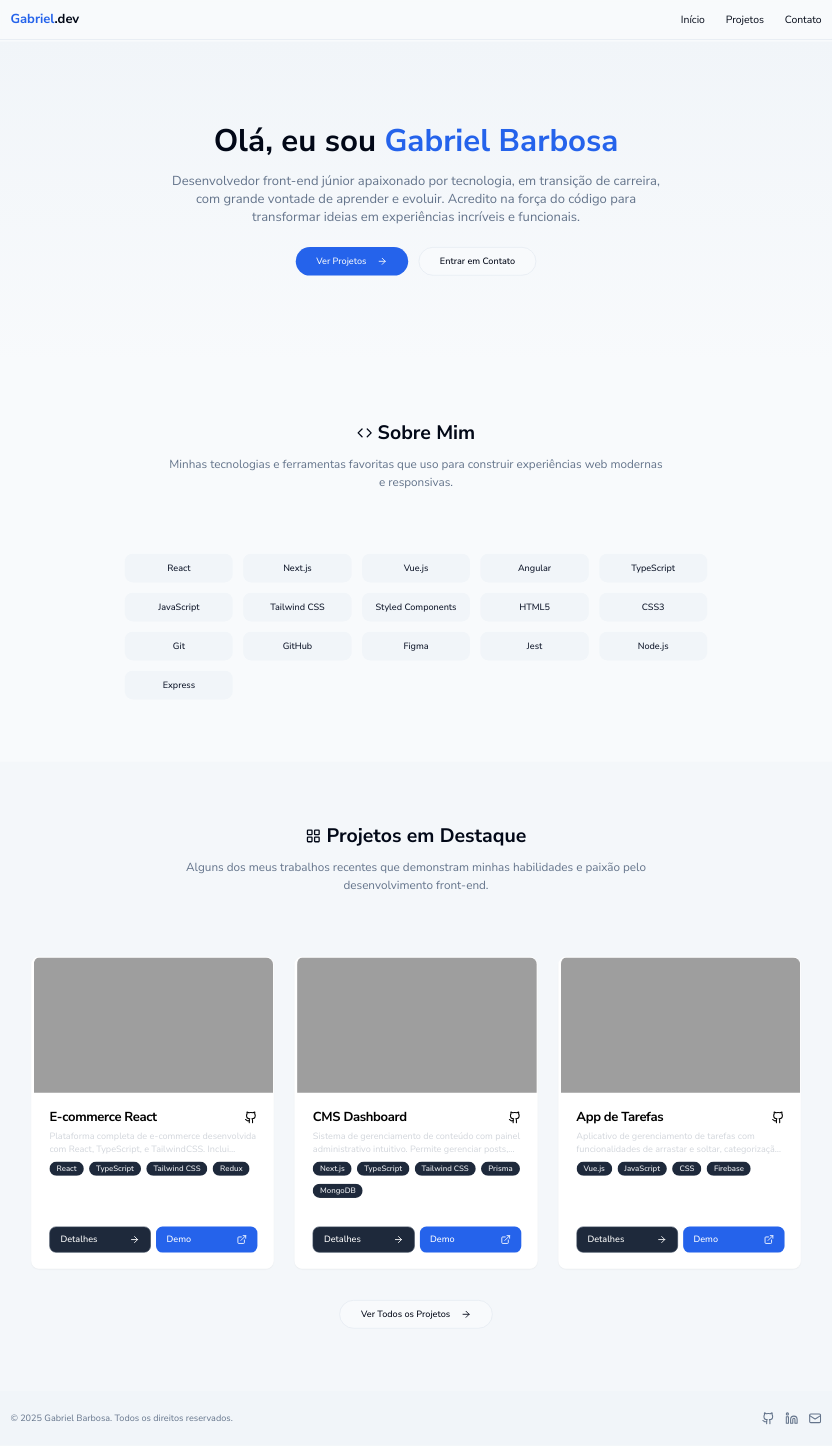
Repository: Biel-barbosa/portfolio-gabriel
Page: /
The author's editor kept a copy of each file at every save. The page is drawn from the files as they stood at one save, then again after the next save.
The browser window is 1280 px wide. The pictures show the whole page, at 65% of full size.
Pictures or frames that could not be fetched are drawn as grey boxes. The project was rebuilt for these pictures with package versions that can differ from the ones it lists, and the page was loaded fresh each time. Also part of the build but not shown: vite.config.ts, src/components/ui/tooltip.tsx, src/components/ui/tabs.tsx, src/pages/Projects.tsx, src/pages/ProjectDetail.tsx, src/pages/Contact.tsx, src/pages/NotFound.tsx.

Above is the page before, as saved 2025-05-20 16:48:55.

### index.html

<!DOCTYPE html>
<html lang="pt-BR">
  <head>
    <meta charset="UTF-8" />
    <meta name="viewport" content="width=device-width, initial-scale=1.0" />
    <title>Gabriel Barbosa | Desenvolvedor Front-end</title>
    <meta name="description" content="Portfólio de Gabriel Barbosa - Desenvolvedor Front-end Júnior" />
    <meta name="author" content="Gabriel Barbosa" />

    <meta property="og:title" content="Gabriel Barbosa | Desenvolvedor Front-end" />
    <meta property="og:description" content="Portfólio de Gabriel Barbosa - Desenvolvedor Front-end Júnior" />
    <meta property="og:type" content="website" />
    <link rel="icon" type="image/svg+xml" href="/favicon.svg" />
  </head>

  <body>
    <div id="root"></div>
    <!-- IMPORTANT: DO NOT REMOVE THIS SCRIPT TAG OR THIS VERY COMMENT! -->
    <script src="https://cdn.gpteng.co/gptengineer.js" type="module"></script>
    <script type="module" src="/src/main.tsx"></script>
  </body>
</html>

### src/App.tsx

import { Toaster } from "@/components/ui/toaster";
import { Toaster as Sonner } from "@/components/ui/sonner";
import { TooltipProvider } from "@/components/ui/tooltip";
import { QueryClient, QueryClientProvider } from "@tanstack/react-query";
import { BrowserRouter, Routes, Route } from "react-router-dom";
import Index from "./pages/Index";
import Projects from "./pages/Projects";
import ProjectDetail from "./pages/ProjectDetail";
import Contact from "./pages/Contact";
import NotFound from "./pages/NotFound";

const queryClient = new QueryClient();

const App = () => (
  <QueryClientProvider client={queryClient}>
    <TooltipProvider>
      <Toaster />
      <Sonner />
      <BrowserRouter>
        <Routes>
          <Route path="/" element={<Index />} />
          <Route path="/projetos" element={<Projects />} />
          <Route path="/projetos/:id" element={<ProjectDetail />} />
          <Route path="/contato" element={<Contact />} />
          <Route path="*" element={<NotFound />} />
        </Routes>
      </BrowserRouter>
    </TooltipProvider>
  </QueryClientProvider>
);

export default App;

### src/index.css

@import url('https://fonts.googleapis.com/css2?family=Nunito+Sans:opsz,wght@6..12,300;6..12,400;6..12,500;6..12,600;6..12,700&display=swap');

@tailwind base;
@tailwind components;
@tailwind utilities;

@layer base {
  :root {
    --background: 210 40% 98%;
    --foreground: 222.2 84% 4.9%;

    --card: 0 0% 100%;
    --card-foreground: 222.2 84% 4.9%;

    --popover: 0 0% 100%;
    --popover-foreground: 222.2 84% 4.9%;

    --primary: 221.2 83% 53.3%;
    --primary-foreground: 210 40% 98%;

    --secondary: 210 40% 96.1%;
    --secondary-foreground: 222.2 47.4% 11.2%;

    --muted: 210 40% 96.1%;
    --muted-foreground: 215.4 16.3% 46.9%;

    --accent: 221.2 83% 53.3%;
    --accent-foreground: 222.2 47.4% 11.2%;

    --destructive: 0 84.2% 60.2%;
    --destructive-foreground: 210 40% 98%;

    --border: 214.3 31.8% 91.4%;
    --input: 214.3 31.8% 91.4%;
    --ring: 221.2 83% 53.3%;

    --radius: 0.75rem;
  }

  * {
    @apply border-border;
  }

  body {
    @apply bg-background text-foreground;
    font-feature-settings: "rlig" 1, "calt" 1;
    font-family: 'Nunito Sans', sans-serif;
  }

  .tech-tag {
    @apply bg-secondary text-secondary-foreground rounded-full px-3 py-1 text-sm font-medium transition-colors;
  }

  .card-hover {
    @apply transition-all hover:shadow-lg hover:-translate-y-1;
  }

  .button-primary {
    @apply bg-primary text-primary-foreground hover:bg-primary/90 rounded-full px-6 py-2 font-medium transition-colors;
  }

  .button-secondary {
    @apply bg-secondary text-secondary-foreground hover:bg-secondary/80 rounded-full px-6 py-2 font-medium transition-colors border border-secondary;
  }
}

### src/components/ui/toaster.tsx

"use client"

import {
  Toast,
  ToastClose,
  ToastDescription,
  ToastProvider,
  ToastTitle,
  ToastViewport,
} from "@/components/ui/toast"
import { useToast } from "@/components/ui/use-toast"

export function Toaster() {
  const { toasts } = useToast()

  return (
    <ToastProvider>
      {toasts.map(function ({ id, title, description, action, ...props }) {
        return (
          <Toast key={id} {...props}>
            <div className="grid gap-1">
              {title && <ToastTitle>{title}</ToastTitle>}
              {description && (
                <ToastDescription>{description}</ToastDescription>
              )}
            </div>
            {action}
            <ToastClose />
          </Toast>
        )
      })}
      <ToastViewport />
    </ToastProvider>
  )
}

### src/components/ui/sonner.tsx
import { useTheme } from "next-themes"
import { Toaster as Sonner, toast } from "sonner"

type ToasterProps = React.ComponentProps<typeof Sonner>

const Toaster = ({ ...props }: ToasterProps) => {
  const { theme = "system" } = useTheme()

  return (
    <Sonner
      theme={theme as ToasterProps["theme"]}
      className="toaster group"
      toastOptions={{
        classNames: {
          toast:
            "group toast group-[.toaster]:bg-background group-[.toaster]:text-foreground group-[.toaster]:border-border group-[.toaster]:shadow-lg",
          description: "group-[.toast]:text-muted-foreground",
          actionButton:
            "group-[.toast]:bg-primary group-[.toast]:text-primary-foreground",
          cancelButton:
            "group-[.toast]:bg-muted group-[.toast]:text-muted-foreground",
        },
      }}
      {...props}
    />
  )
}

export { Toaster, toast }

### src/components/ui/button.tsx
import * as React from "react"
import { Slot } from "@radix-ui/react-slot"
import { cva, type VariantProps } from "class-variance-authority"

import { cn } from "@/lib/utils"

const buttonVariants = cva(
  "inline-flex items-center justify-center gap-2 whitespace-nowrap rounded-md text-sm font-medium ring-offset-background transition-colors focus-visible:outline-none focus-visible:ring-2 focus-visible:ring-ring focus-visible:ring-offset-2 disabled:pointer-events-none disabled:opacity-50 [&_svg]:pointer-events-none [&_svg]:size-4 [&_svg]:shrink-0",
  {
    variants: {
      variant: {
        default: "bg-primary text-primary-foreground hover:bg-primary/90",
        destructive:
          "bg-destructive text-destructive-foreground hover:bg-destructive/90",
        outline:
          "border border-input bg-background hover:bg-accent hover:text-accent-foreground",
        secondary:
          "bg-secondary text-secondary-foreground hover:bg-secondary/80",
        ghost: "hover:bg-accent hover:text-accent-foreground",
        link: "text-primary underline-offset-4 hover:underline",
      },
      size: {
        default: "h-10 px-4 py-2",
        sm: "h-9 rounded-md px-3",
        lg: "h-11 rounded-md px-8",
        icon: "h-10 w-10",
      },
    },
    defaultVariants: {
      variant: "default",
      size: "default",
    },
  }
)

export interface ButtonProps
  extends React.ButtonHTMLAttributes<HTMLButtonElement>,
    VariantProps<typeof buttonVariants> {
  asChild?: boolean
}

const Button = React.forwardRef<HTMLButtonElement, ButtonProps>(
  ({ className, variant, size, asChild = false, ...props }, ref) => {
    const Comp = asChild ? Slot : "button"
    return (
      <Comp
        className={cn(buttonVariants({ variant, size, className }))}
        ref={ref}
        {...props}
      />
    )
  }
)
Button.displayName = "Button"

export { Button, buttonVariants }

### src/components/ProjectCard.tsx

import React from 'react';
import { Link } from 'react-router-dom';
import { Project } from '../types';
import { ArrowRight, Github, Globe, Code, ExternalLink } from 'lucide-react';
import { Button } from '@/components/ui/button';
import { Card, CardContent, CardDescription, CardFooter, CardHeader, CardTitle } from '@/components/ui/card';
import { Badge } from '@/components/ui/badge';

interface ProjectCardProps {
  project: Project;
  featured?: boolean;
}

const ProjectCard: React.FC<ProjectCardProps> = ({ project, featured = false }) => {
  // Fallback images for projects without specific images
  const fallbackImages = [
    'https://images.unsplash.com/photo-1488590528505-98d2b5aba04b',
    'https://images.unsplash.com/photo-1518770660439-4636190af475',
    'https://images.unsplash.com/photo-1461749280684-dccba630e2f6',
    'https://images.unsplash.com/photo-1531297484001-80022131f5a1',
    'https://images.unsplash.com/photo-1487058792275-0ad4aaf24ca7'
  ];

  // Select a fallback image based on project ID (for consistency)
  const imageIndex = parseInt(project.id.replace(/\D/g, '0'), 10) % fallbackImages.length;
  const projectImage = project.imageUrl || fallbackImages[imageIndex];

  return (
    <Card className={`overflow-hidden flex flex-col bg-white border-white text-black hover:border-primary transition-all duration-300 border-l-4 border-l-[##4f4f4f]`}>
      <div className="h-52 overflow-hidden">
        <img
          src={projectImage}
          alt={project.name}
          className="w-full h-full object-cover transition-transform hover:scale-105"
        />
      </div>

      <CardHeader className="pb-2">
        <div className="flex items-center justify-between">
          <CardTitle className="text-xl font-bold">{project.name}</CardTitle>
          <div className="flex items-center gap-2">
            {project.githubUrl && <Github className="h-5 w-5" />}
            {project.source === 'vercel' && <Globe className="h-5 w-5 text-blue-400" />}
          </div>
        </div>
        <CardDescription className="line-clamp-2 text-gray-300">{project.description}</CardDescription>
      </CardHeader>

      <CardContent className="flex-grow">
        <div className="flex flex-wrap gap-2 mb-4">
          {project.technologies && project.technologies.map((tech, index) => (
            <Badge key={index} variant="secondary" className="bg-slate-800 hover:bg-slate-700 text-gray-200 mb-1">
              {tech}
            </Badge>
          ))}
        </div>

        {project.deployedAt && (
          <p className="text-xs text-gray-400 mb-2">
            Atualizado em {new Date(project.deployedAt).toLocaleDateString('pt-BR')}
          </p>
        )}
      </CardContent>

      <CardFooter className="flex gap-2 pt-0">
        <Button
          variant="outline"
          className="w-1/2 justify-between group border-slate-700 bg-slate-800 hover:bg-slate-700 text-white"
          asChild
        >
          <Link to={`/projetos/${project.id}`}>
            Detalhes
            <ArrowRight className="h-4 w-4 transition-transform group-hover:translate-x-1" />
          </Link>
        </Button>

        {project.deployUrl && (
          <Button
            variant="secondary"
            className="w-1/2 justify-between group bg-primary hover:bg-primary/80 text-white"
            asChild
          >
            <a href={project.deployUrl} target="_blank" rel="noopener noreferrer">
              Demo
              <ExternalLink className="h-4 w-4 ml-1" />
            </a>
          </Button>
        )}
      </CardFooter>
    </Card>
  );
};

export default ProjectCard;

### src/components/Header.tsx

import React, { useState } from 'react';
import { Link } from 'react-router-dom';
import { Menu, X } from 'lucide-react';
import { Button } from '@/components/ui/button';
import { cn } from '@/lib/utils';

const Header = () => {
  const [isMenuOpen, setIsMenuOpen] = useState(false);

  return (
    <header className="fixed w-full bg-background/80 backdrop-blur-sm z-50 border-b">
      <div className="container mx-auto px-4 py-4 flex items-center justify-between">
        <Link to="/" className="text-xl font-bold text-primary">
          Gabriel<span className="text-foreground">.dev</span>
        </Link>

        {/* Desktop Navigation */}
        <nav className="hidden md:flex items-center space-x-8">
          <Link to="/" className="text-foreground hover:text-primary transition-colors">
            Início
          </Link>
          <Link to="/projetos" className="text-foreground hover:text-primary transition-colors">
            Projetos
          </Link>
          <Link to="/contato" className="text-foreground hover:text-primary transition-colors">
            Contato
          </Link>
        </nav>

        {/* Mobile Menu Button */}
        <Button
          variant="ghost"
          size="icon"
          className="md:hidden"
          onClick={() => setIsMenuOpen(!isMenuOpen)}
        >
          {isMenuOpen ? <X className="h-6 w-6" /> : <Menu className="h-6 w-6" />}
        </Button>
      </div>

      {/* Mobile Navigation */}
      <div
        className={cn(
          "fixed inset-0 top-[60px] bg-slate-900/95 backdrop-blur-md z-40 flex flex-col items-center pt-8 md:hidden",
          isMenuOpen ? "animate-fade-in" : "hidden"
        )}
      >
        <nav className="flex flex-col items-center space-y-6 text-lg">
          <Link
            to="/"
            className="text-white hover:text-primary transition-colors"
            onClick={() => setIsMenuOpen(false)}
          >
            Início
          </Link>
          <Link
            to="/projetos"
            className="text-white hover:text-primary transition-colors"
            onClick={() => setIsMenuOpen(false)}
          >
            Projetos
          </Link>
          <Link
            to="/contato"
            className="text-white hover:text-primary transition-colors"
            onClick={() => setIsMenuOpen(false)}
          >
            Contato
          </Link>
        </nav>
      </div>
    </header>
  );
};

export default Header;

### src/components/Footer.tsx

import React from 'react';
import { Github, Linkedin, Mail } from 'lucide-react';

const Footer = () => {
  return (
    <footer className="bg-secondary py-8">
      <div className="container mx-auto px-4">
        <div className="flex flex-col md:flex-row justify-between items-center">
          <div className="mb-4 md:mb-0">
            <p className="text-sm text-muted-foreground">
              © {new Date().getFullYear()} Gabriel Barbosa. Todos os direitos reservados.
            </p>
          </div>

          <div className="flex space-x-4">
            <a
              href="https://github.com/Biel-barbosa"
              target="_blank"
              rel="noopener noreferrer"
              className="text-muted-foreground hover:text-primary transition-colors"
              aria-label="GitHub"
            >
              <Github className="h-5 w-5" />
            </a>
            <a
              href="https://www.linkedin.com/in/gabriel-a-barbosa/"
              target="_blank"
              rel="noopener noreferrer"
              className="text-muted-foreground hover:text-primary transition-colors"
              aria-label="LinkedIn"
            >
              <Linkedin className="h-5 w-5" />
            </a>
            <a
              href="mailto:gabriellbarbosaads@gmail.com"
              className="text-muted-foreground hover:text-primary transition-colors"
              aria-label="Email"
            >
              <Mail className="h-5 w-5" />
            </a>
          </div>
        </div>
      </div>
    </footer>
  );
};

export default Footer;

### src/api/vercel-projects.ts

// Handler para buscar projetos da Vercel

export async function fetchVercelProjects() {
  try {
    const VERCEL_TOKEN = 'jzprp7RQAOHCJR7IR6Gez3uf'; // Normalmente seria process.env.VERCEL_TOKEN

    const response = await fetch('https://api.vercel.com/v6/projects', {
      headers: {
        'Authorization': `Bearer ${VERCEL_TOKEN}`,
        'Content-Type': 'application/json',
      }
    });

    if (!response.ok) {
      throw new Error(`Erro ao buscar projetos da Vercel: ${response.status}`);
    }

    const data = await response.json();
    return data.projects || [];
  } catch (error) {
    console.error('Erro na API:', error);
    throw new Error('Failed to fetch Vercel projects');
  }
}

### src/components/ui/card.tsx
import * as React from "react"

import { cn } from "@/lib/utils"

const Card = React.forwardRef<
  HTMLDivElement,
  React.HTMLAttributes<HTMLDivElement>
>(({ className, ...props }, ref) => (
  <div
    ref={ref}
    className={cn(
      "rounded-lg border bg-card text-card-foreground shadow-sm",
      className
    )}
    {...props}
  />
))
Card.displayName = "Card"

const CardHeader = React.forwardRef<
  HTMLDivElement,
  React.HTMLAttributes<HTMLDivElement>
>(({ className, ...props }, ref) => (
  <div
    ref={ref}
    className={cn("flex flex-col space-y-1.5 p-6", className)}
    {...props}
  />
))
CardHeader.displayName = "CardHeader"

const CardTitle = React.forwardRef<
  HTMLParagraphElement,
  React.HTMLAttributes<HTMLHeadingElement>
>(({ className, ...props }, ref) => (
  <h3
    ref={ref}
    className={cn(
      "text-2xl font-semibold leading-none tracking-tight",
      className
    )}
    {...props}
  />
))
CardTitle.displayName = "CardTitle"

const CardDescription = React.forwardRef<
  HTMLParagraphElement,
  React.HTMLAttributes<HTMLParagraphElement>
>(({ className, ...props }, ref) => (
  <p
    ref={ref}
    className={cn("text-sm text-muted-foreground", className)}
    {...props}
  />
))
CardDescription.displayName = "CardDescription"

const CardContent = React.forwardRef<
  HTMLDivElement,
  React.HTMLAttributes<HTMLDivElement>
>(({ className, ...props }, ref) => (
  <div ref={ref} className={cn("p-6 pt-0", className)} {...props} />
))
CardContent.displayName = "CardContent"

const CardFooter = React.forwardRef<
  HTMLDivElement,
  React.HTMLAttributes<HTMLDivElement>
>(({ className, ...props }, ref) => (
  <div
    ref={ref}
    className={cn("flex items-center p-6 pt-0", className)}
    {...props}
  />
))
CardFooter.displayName = "CardFooter"

export { Card, CardHeader, CardFooter, CardTitle, CardDescription, CardContent }

### src/components/ui/badge.tsx
import * as React from "react"
import { cva, type VariantProps } from "class-variance-authority"

import { cn } from "@/lib/utils"

const badgeVariants = cva(
  "inline-flex items-center rounded-full border px-2.5 py-0.5 text-xs font-semibold transition-colors focus:outline-none focus:ring-2 focus:ring-ring focus:ring-offset-2",
  {
    variants: {
      variant: {
        default:
          "border-transparent bg-primary text-primary-foreground hover:bg-primary/80",
        secondary:
          "border-transparent bg-secondary text-secondary-foreground hover:bg-secondary/80",
        destructive:
          "border-transparent bg-destructive text-destructive-foreground hover:bg-destructive/80",
        outline: "text-foreground",
      },
    },
    defaultVariants: {
      variant: "default",
    },
  }
)

export interface BadgeProps
  extends React.HTMLAttributes<HTMLDivElement>,
    VariantProps<typeof badgeVariants> {}

function Badge({ className, variant, ...props }: BadgeProps) {
  return (
    <div className={cn(badgeVariants({ variant }), className)} {...props} />
  )
}

export { Badge, badgeVariants }

### tailwind.config.ts

import type { Config } from "tailwindcss";

export default {
	darkMode: ["class"],
	content: [
		"./pages/**/*.{ts,tsx}",
		"./components/**/*.{ts,tsx}",
		"./app/**/*.{ts,tsx}",
		"./src/**/*.{ts,tsx}",
	],
	prefix: "",
	theme: {
		container: {
			center: true,
			padding: '2rem',
			screens: {
				'2xl': '1400px'
			}
		},
		extend: {
			colors: {
				border: 'hsl(var(--border))',
				input: 'hsl(var(--input))',
				ring: 'hsl(var(--ring))',
				background: 'hsl(var(--background))',
				foreground: 'hsl(var(--foreground))',
				primary: {
					DEFAULT: 'hsl(var(--primary))',
					foreground: 'hsl(var(--primary-foreground))'
				},
				secondary: {
					DEFAULT: 'hsl(var(--secondary))',
					foreground: 'hsl(var(--secondary-foreground))'
				},
				destructive: {
					DEFAULT: 'hsl(var(--destructive))',
					foreground: 'hsl(var(--destructive-foreground))'
				},
				muted: {
					DEFAULT: 'hsl(var(--muted))',
					foreground: 'hsl(var(--muted-foreground))'
				},
				accent: {
					DEFAULT: 'hsl(var(--accent))',
					foreground: 'hsl(var(--accent-foreground))'
				},
				popover: {
					DEFAULT: 'hsl(var(--popover))',
					foreground: 'hsl(var(--popover-foreground))'
				},
				card: {
					DEFAULT: 'hsl(var(--card))',
					foreground: 'hsl(var(--card-foreground))'
				},
				sidebar: {
					DEFAULT: 'hsl(var(--sidebar-background))',
					foreground: 'hsl(var(--sidebar-foreground))',
					primary: 'hsl(var(--sidebar-primary))',
					'primary-foreground': 'hsl(var(--sidebar-primary-foreground))',
					accent: 'hsl(var(--sidebar-accent))',
					'accent-foreground': 'hsl(var(--sidebar-accent-foreground))',
					border: 'hsl(var(--sidebar-border))',
					ring: 'hsl(var(--sidebar-ring))'
				}
			},
			borderRadius: {
				lg: 'var(--radius)',
				md: 'calc(var(--radius) - 2px)',
				sm: 'calc(var(--radius) - 4px)'
			},
			fontFamily: {
				sans: ['Ancizar Sans', 'system-ui', 'sans-serif'],
			},
			keyframes: {
				'accordion-down': {
					from: { height: '0' },
					to: { height: 'var(--radix-accordion-content-height)' },
				},
				'accordion-up': {
					from: { height: 'var(--radix-accordion-content-height)' },
					to: { height: '0' },
				},
				'fade-in': {
					'0%': { opacity: '0', transform: 'translateY(10px)' },
					'100%': { opacity: '1', transform: 'translateY(0)' }
				},
				'fade-out': {
					'0%': { opacity: '1', transform: 'translateY(0)' },
					'100%': { opacity: '0', transform: 'translateY(10px)' }
				},
				'scale-in': {
					'0%': { transform: 'scale(0.95)', opacity: '0' },
					'100%': { transform: 'scale(1)', opacity: '1' }
				},
			},
			animation: {
				'accordion-down': 'accordion-down 0.2s ease-out',
				'accordion-up': 'accordion-up 0.2s ease-out',
				'fade-in': 'fade-in 0.3s ease-out',
				'scale-in': 'scale-in 0.2s ease-out',
			}
		}
	},
	plugins: [require("tailwindcss-animate")],
} satisfies Config;

Loaded but not shown: src/main.tsx (common file); src/lib/utils.ts (common file); src/services/projectService.ts (174 lines, source omitted); src/components/ui/toast.tsx (128 lines, source omitted); src/pages/Index.tsx (110 lines, source omitted); src/components/ui/use-toast.ts (191 lines, source omitted)

After the next save:
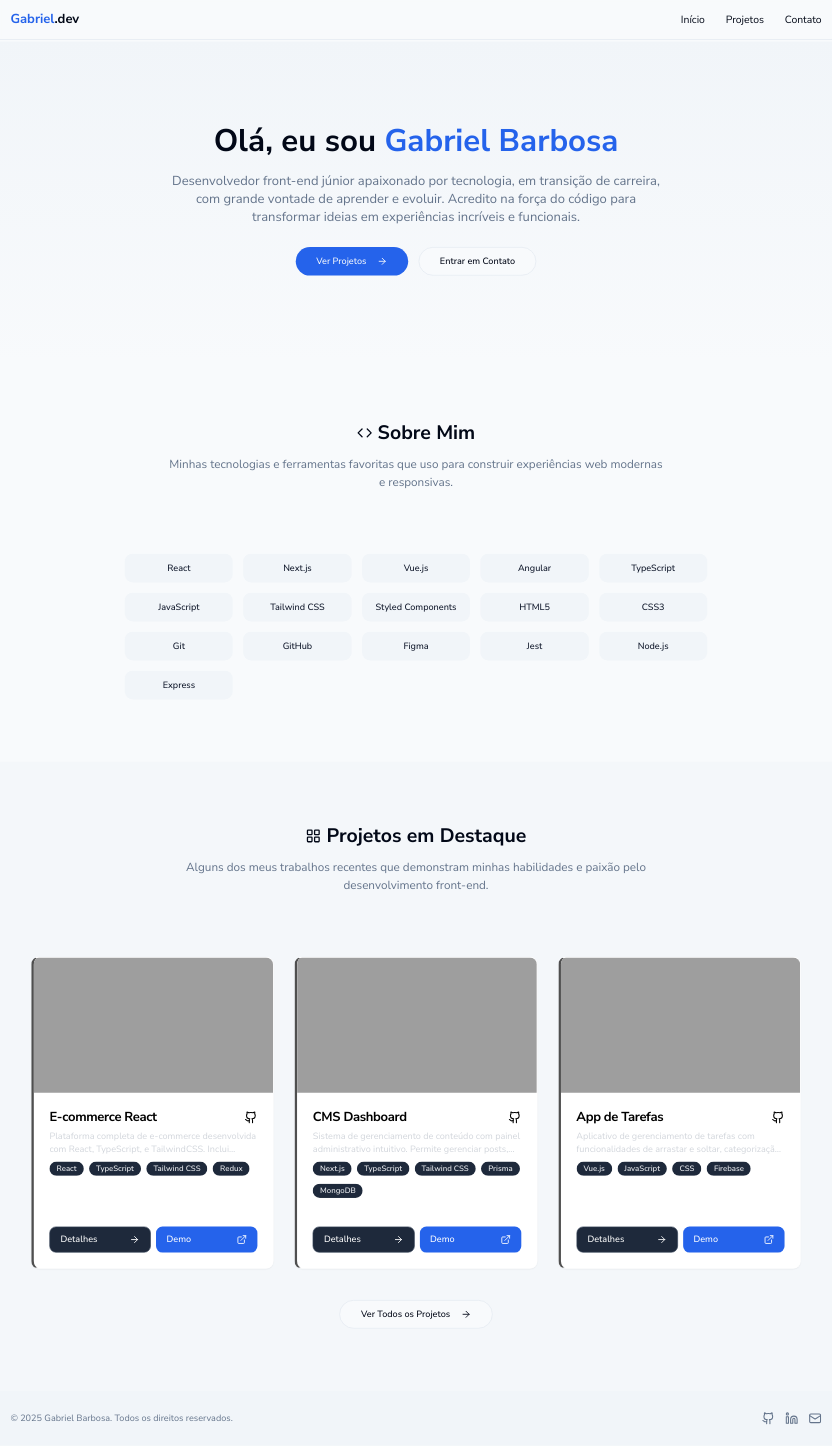
Saved 11 s later.
--- a/src/components/ProjectCard.tsx
+++ b/src/components/ProjectCard.tsx
@@ -27,7 +27,7 @@ const ProjectCard: React.FC<ProjectCardProps> = ({ project, featured = false })
   const projectImage = project.imageUrl || fallbackImages[imageIndex];
 
   return (
-    <Card className={`overflow-hidden flex flex-col bg-white border-white text-black hover:border-primary transition-all duration-300 border-l-4 border-l-[##4f4f4f]`}>
+    <Card className={`overflow-hidden flex flex-col bg-white border-white text-black hover:border-primary transition-all duration-300 border-l-4 border-l-[#4f4f4f]`}>
       <div className="h-52 overflow-hidden">
         <img
           src={projectImage}
